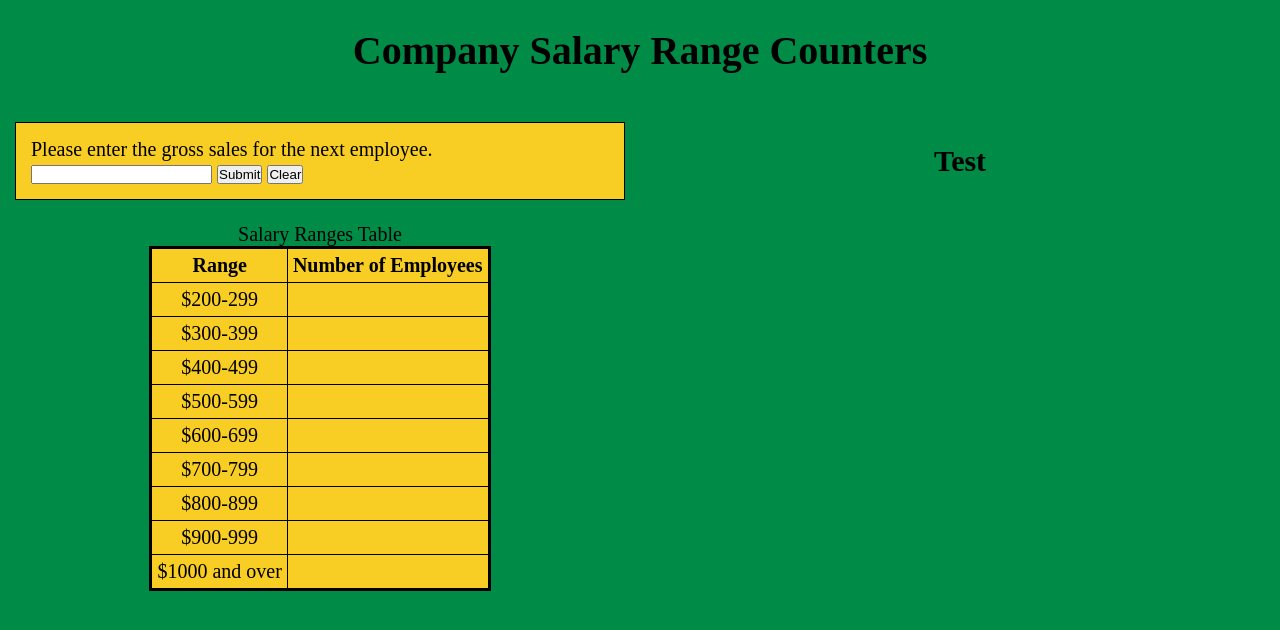
Repository: mlmEFSC21/P17-Sales-Commision
Page: sales.html
These files come from the project's save history. The page is drawn as it stood at one moment and after the next save; the edit follows.
The browser window is 1280 px wide. The pictures show the whole page.

Above is the page before, as saved 2022-04-02 08:28:45.

After the next save:
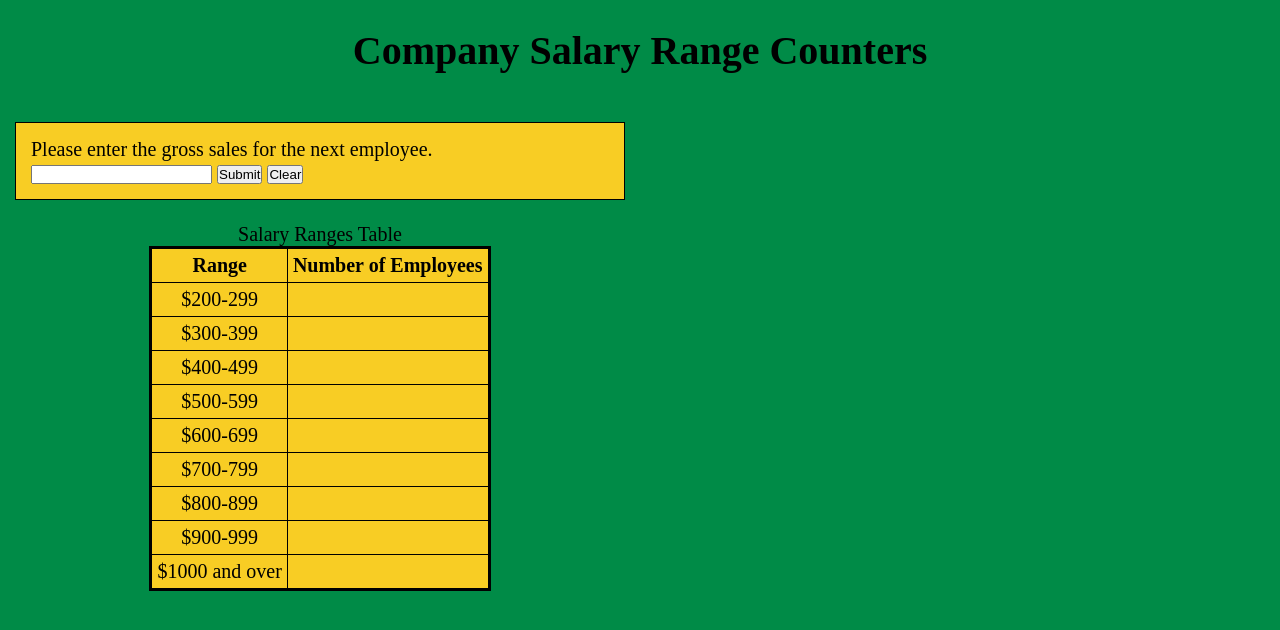
Saved 108 s later.
--- a/sales.html
+++ b/sales.html
@@ -22,9 +22,6 @@
                     <button type="submit" class="submit-btn" id="submit-btn">Submit</button>
                     <button type="reset" class="clear-btn" id="clear-btn">Clear</button>
                 </form>
-            </div>
-            <div class="currentSalary">
-                <h2>Test</h2>
             </div>
             <div class="tableContainer" id="tableContainer">
                 <table>
